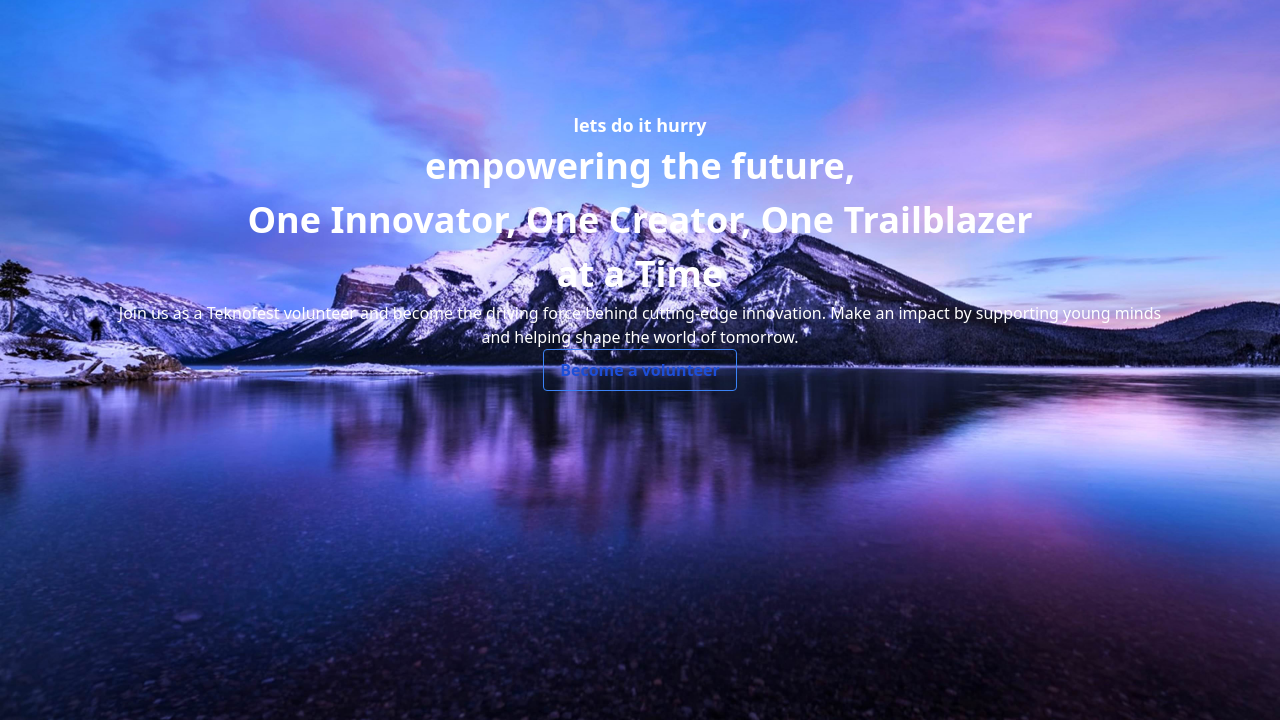
Repository: ManaheelJamil/TechnoFest-competetion
Page: /
The author's editor kept a copy of each file at every save. The page is drawn from the files as they stood at one save, then again after the next save.
The browser window is 1280 px wide. The pictures show the whole page.
The project was rebuilt for these pictures with package versions that can differ from the ones it lists, and the page was loaded fresh each time. The framework's server and built-in components were replaced by stand-ins that run in the browser. Also part of the build but not shown: next.config.mjs.

Above is the page before, as saved 2024-10-13 13:27:28.

### app/layout.js
import localFont from "next/font/local";
import "./globals.css";
const geistSans = localFont({
  src: "./fonts/GeistVF.woff",
  variable: "--font-geist-sans",
  weight: "100 900",
});
const geistMono = localFont({
  src: "./fonts/GeistMonoVF.woff",
  variable: "--font-geist-mono",
  weight: "100 900",
});

export const metadata = {
  title: "Create Next App",
  description: "Generated by create next app",
};

export default function RootLayout({ children }) {
  return (
    <html lang="en">
      <body
        className={`${geistSans.variable} ${geistMono.variable} antialiased`}
      >

        {children}

      </body>
    </html>
  );
}

### app/page.js
import Irtizatask from "./compoenent/irtizatask";
export default function Home() {
  return (
    <div>
      <Irtizatask/>
    </div>
  );
}

### app/globals.css
@tailwind base;
@tailwind components;
@tailwind utilities;
.banner{
    background-image: url('/taskimage.jpg');
    background-position: center;
    background-size: cover;
    background-repeat: no-repeat;
    width: 100%;
    height: 100vh;
}

### app/compoenent/irtizatask.js
import React from 'react'

const Irtizatask = () => {
  return (
    <div className='flex justify-center  w-full h-100vh banner' >

        <div className='flex flex-col justify-items-center text-white text-center items-center m-28'  >
        <p className='text-[18px] font-bold'>
            lets do it hurry
        </p>
        <p className='text-[36px] font-bold'>
            empowering the future,
            <p className='text-[36px] font-bold'>
            One Innovator, One Creator, One Trailblazer
            </p>
            at a Time
        </p>

            <p className='text-[16px]'>
            Join us as a Teknofest volunteer and become the driving force behind cutting-edge innovation. Make an impact by supporting young minds and helping shape the world of tomorrow.
            </p>
            <button className='bg-transparent hover:bg-blue-500 text-blue-700 font-semibold hover:text-white py-2 px-4 border border-blue-500 hover:border-transparent rounded'>
                Become a volunteer
            </button>
            </div>

    </div>
  )
}

export default Irtizatask

Loaded but not shown: tailwind.config.js (common file)

After the next save:
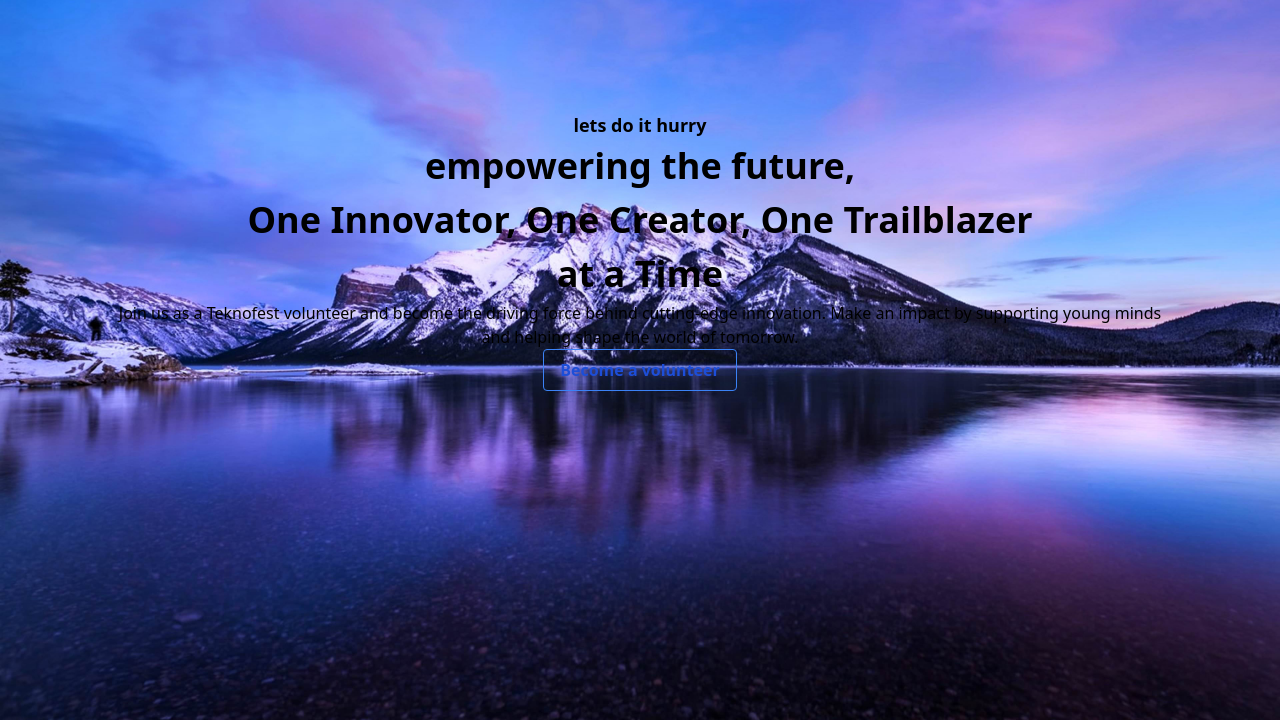
Saved 7 s later.
--- a/app/compoenent/irtizatask.js
+++ b/app/compoenent/irtizatask.js
@@ -4,7 +4,7 @@ const Irtizatask = () => {
   return (
     <div className='flex justify-center  w-full h-100vh banner' >
 
-        <div className='flex flex-col justify-items-center text-white text-center items-center m-28'  >
+        <div className='flex flex-col justify-items-center text- text-center items-center m-28'  >
         <p className='text-[18px] font-bold'>
             lets do it hurry
         </p>
